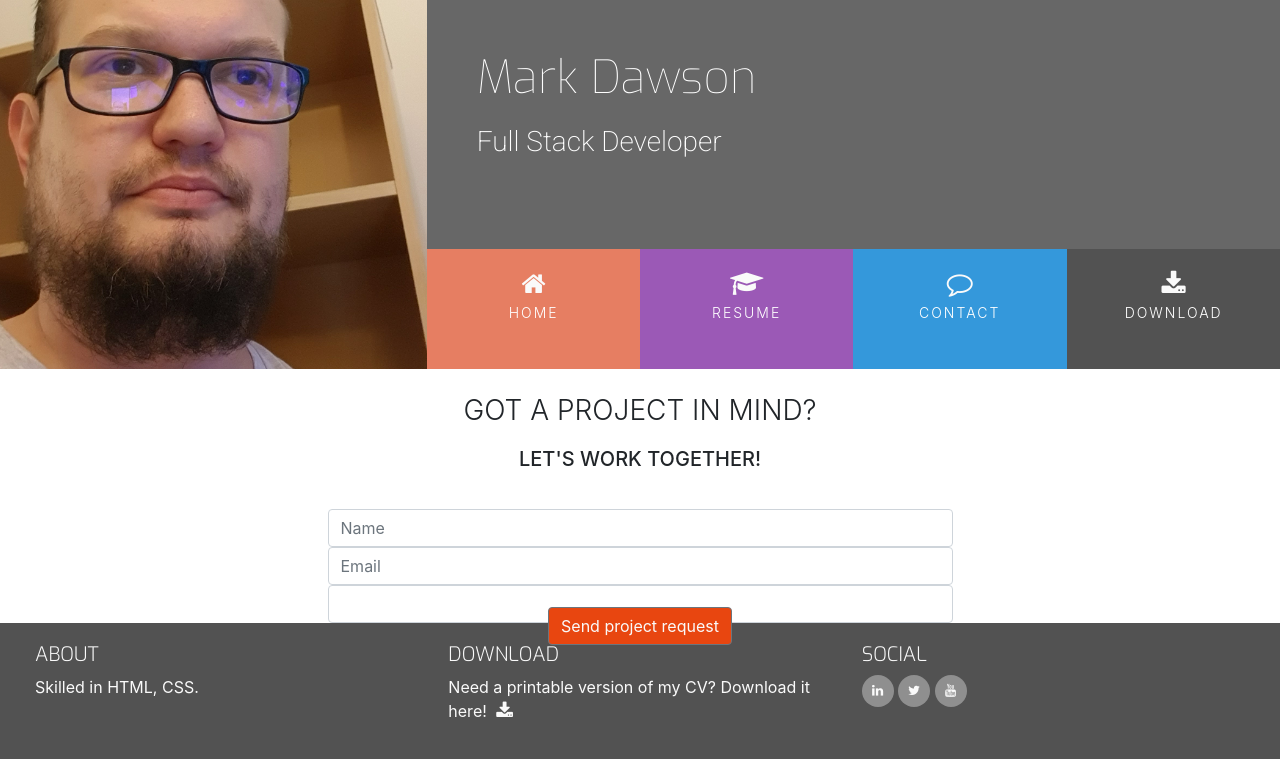
Repository: marcopolomt/resume
Page: contact.html
The author's editor kept a record of every edit. The page is drawn from the files as they stood at one moment, then again after the next edit.
The browser window is 1280 px wide. The pictures show the whole page.

Above is the page before.

After the next edit:
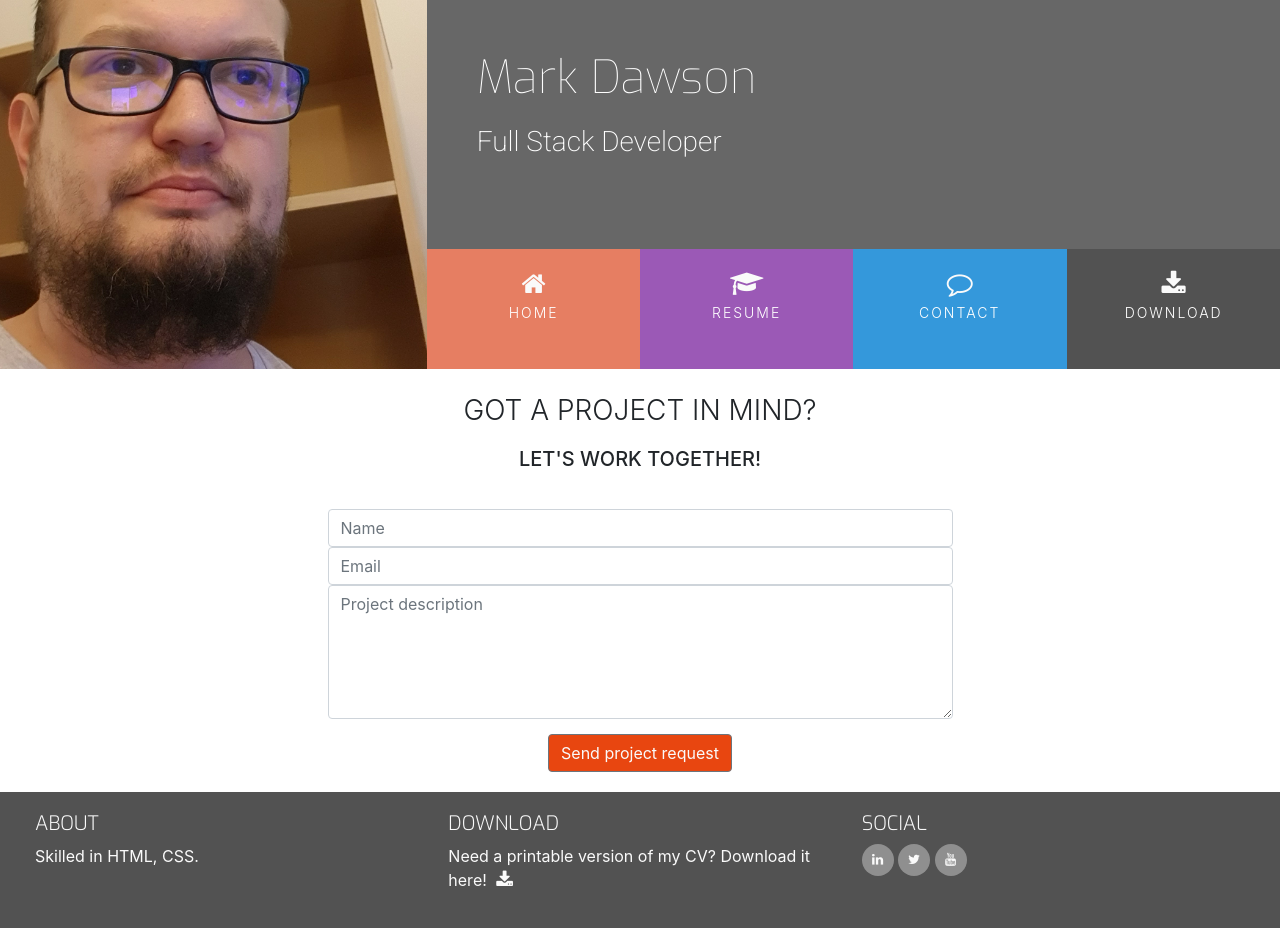
The edit:
--- a/contact.html
+++ b/contact.html
@@ -56,7 +56,7 @@
                     <form>
                         <input type="text" name="name" id="fullname" class="form-control" placeholder="Name" required />
                         <input type="email" name="email" id="emailaddress" class="form-control" placeholder="Email" required />
-                        <texarea rows="5" name="projectsummary" id="projectsummary" class="form-control" placeholder="Project description" required ></textarea>
+                        <textarea rows="5" name="projectsummary" id="projectsummary" class="form-control" placeholder="Project description" required ></textarea>
                         <div class="form-row text-center">
                             <div class="col">
                                 <button type="submit" class="btn btn-secondary">Send project request</button>
